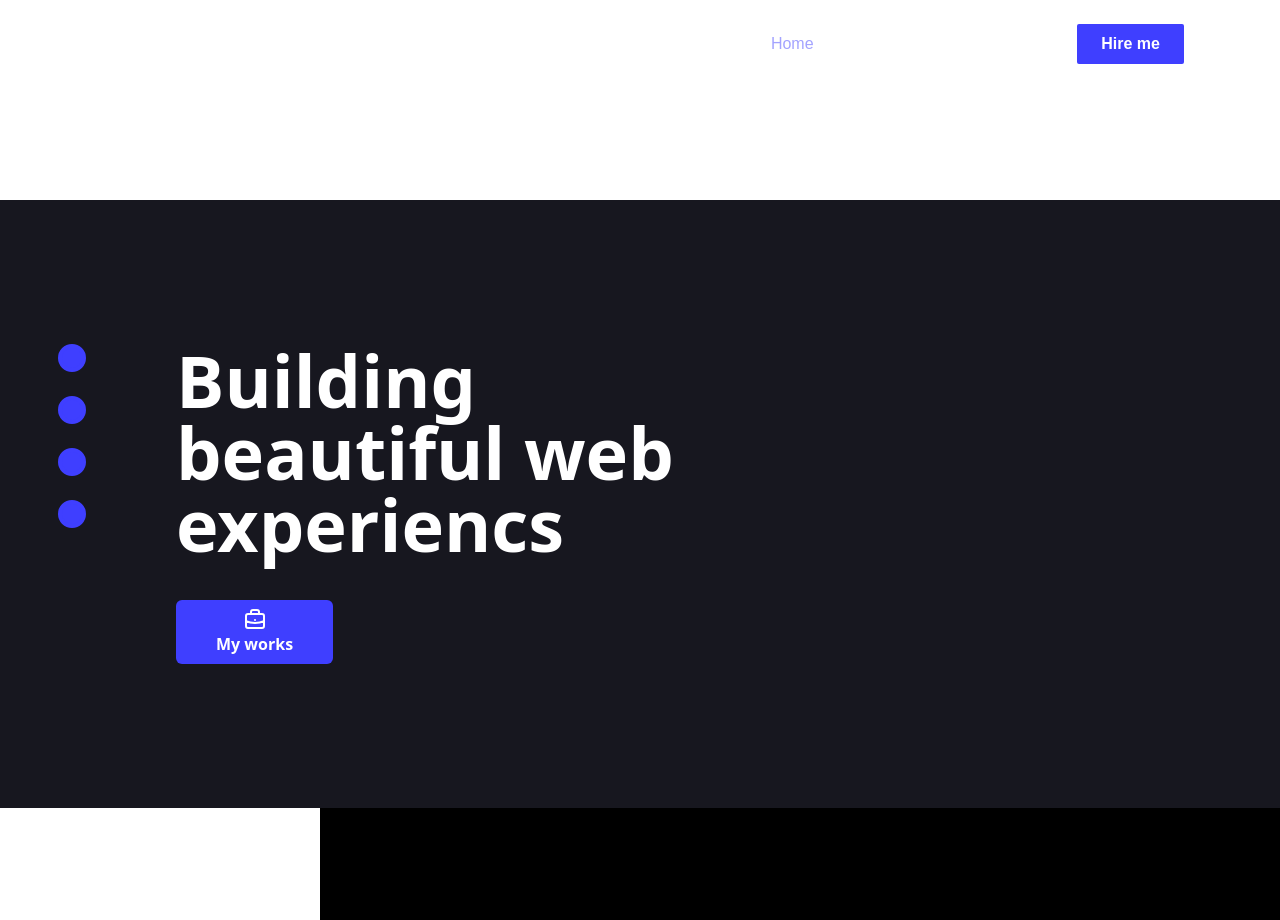
Repository: Alex0715/portfolio
Page: /
These files come from the project's save history. The page is drawn as it stood at one moment and after the next save; the edit follows.
The browser window is 1280 px wide. The pictures show the whole page.
The project was rebuilt for these pictures with package versions that can differ from the ones it lists, and the page was loaded fresh each time. The framework's server and built-in components were replaced by stand-ins that run in the browser. Also part of the build but not shown: next.config.js.

Above is the page before, as saved 2022-02-03 22:44:07.

After the next save:
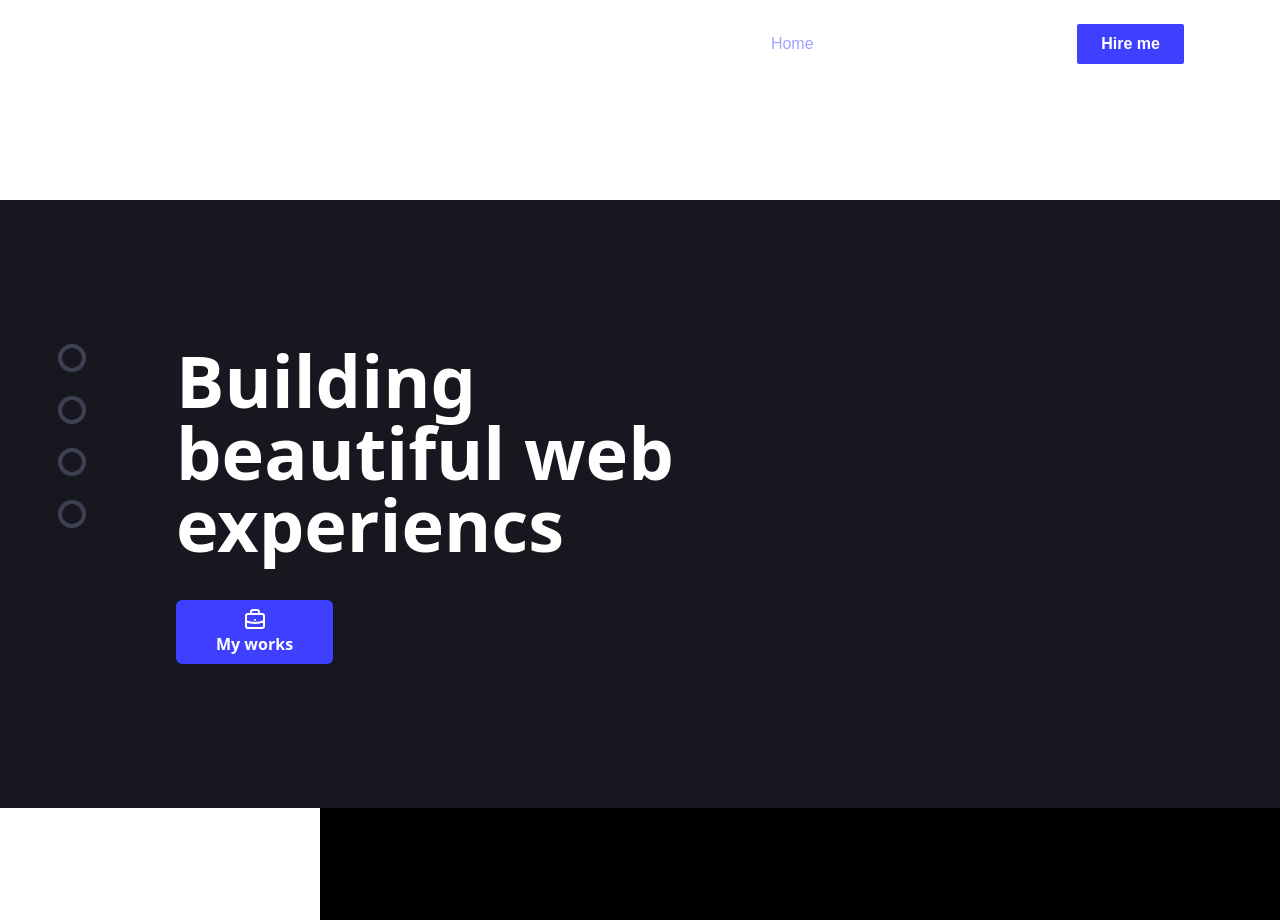
Saved 9 s later.
--- a/styles/globals.css
+++ b/styles/globals.css
@@ -50,9 +50,7 @@
 
 
 
-.selected-circle {
-    @apply border-theme bg-theme;
-}
+
 
 .nav-dot:hover span{
     opacity:1;
